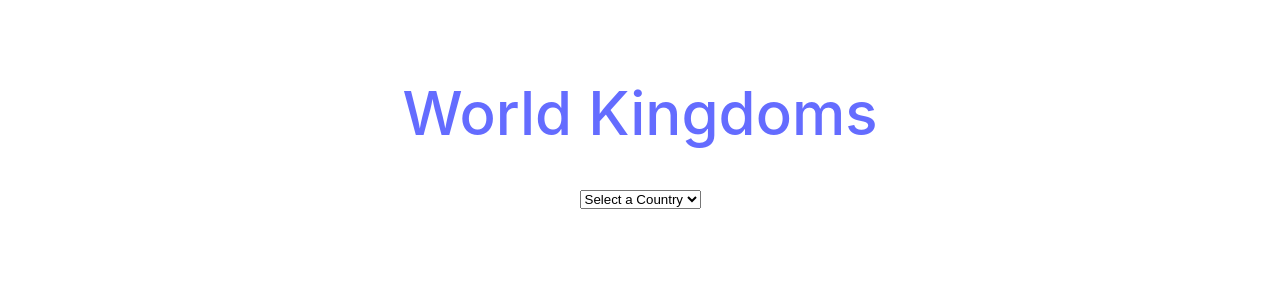
Repository: GloGlorGloria/COMP3170-lab7
Page: /
The author's editor kept a copy of each file at every save. The page is drawn from the files as they stood at one save, then again after the next save.
The browser window is 1280 px wide. The pictures show the whole page.
The page's requests for data from a server got no answer. The project was rebuilt for these pictures with package versions that can differ from the ones it lists, and the page was loaded fresh each time. No one was signed in, and anything a server would have sent is missing. Also part of the build but not shown: vite.config.js, src/components/Details.jsx.

Above is the page before, as saved 2024-11-24 02:08:49.

After the next save:
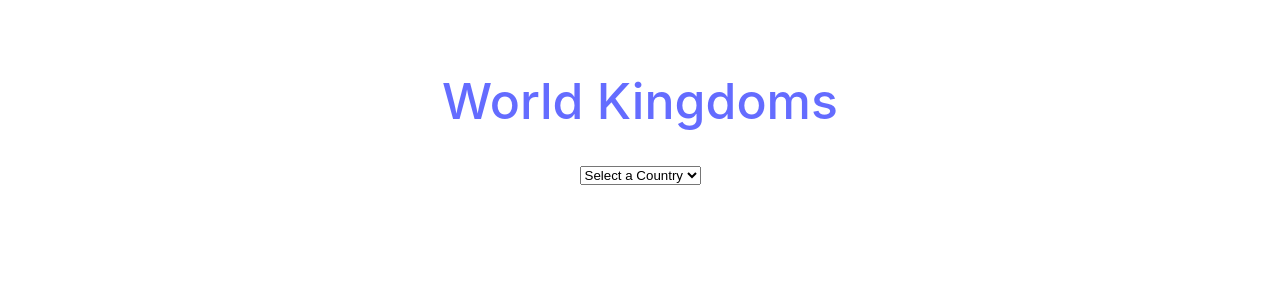
Saved 4 s later.
--- a/src/index.css
+++ b/src/index.css
@@ -24,7 +24,7 @@ a:hover {
 
 
 h1 {
-  font-size: 60px;
+  font-size: 50px;
   font-weight: 700;
   line-height: 1.1;
 }
